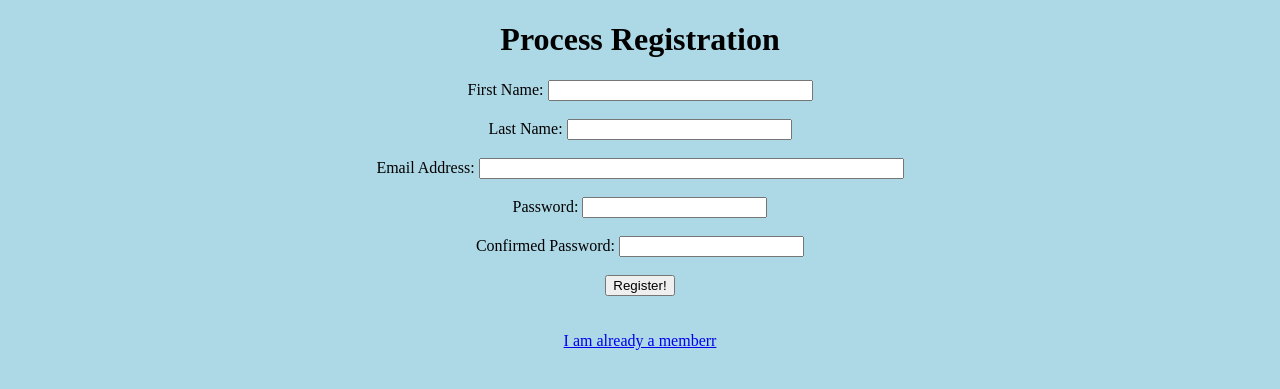
Repository: jedeyejed00/TheGameShaq
Page: http://localhost/ClassWork/ClassAssignment/process_register.php
The author's editor kept a record of every edit. The page is drawn from the files as they stood at one moment, then again after the next edit.
The browser window is 1280 px wide. The pictures show the whole page.
The page is run by PHP 8.4 with error messages shown; the project is at /var/www/html/.

Above is the page before.

After the next edit:
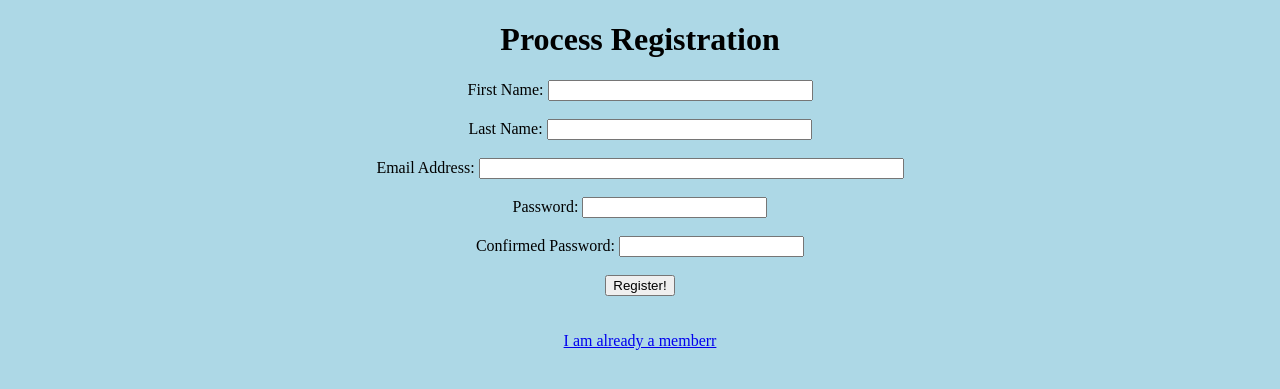
The edit:
--- a/ClassWork/ClassAssignment/process_register.php
+++ b/ClassWork/ClassAssignment/process_register.php
@@ -15,7 +15,7 @@
                     <input type ="firstname" name = "firstName" id="firstname" size="30"> <br><br>
 
                      <label for ="lastname">Last Name:</label>
-                    <input type ="lastname" name = "lastName" id="lastname" size="25"> <br><br>
+                    <input type ="lastname" name = "lastName" id="lastname" size="30"> <br><br>
 
                     <label for ="email">Email Address:</label>
                     <input type ="email" name = "email" id="email" size="50"> <br><br>
